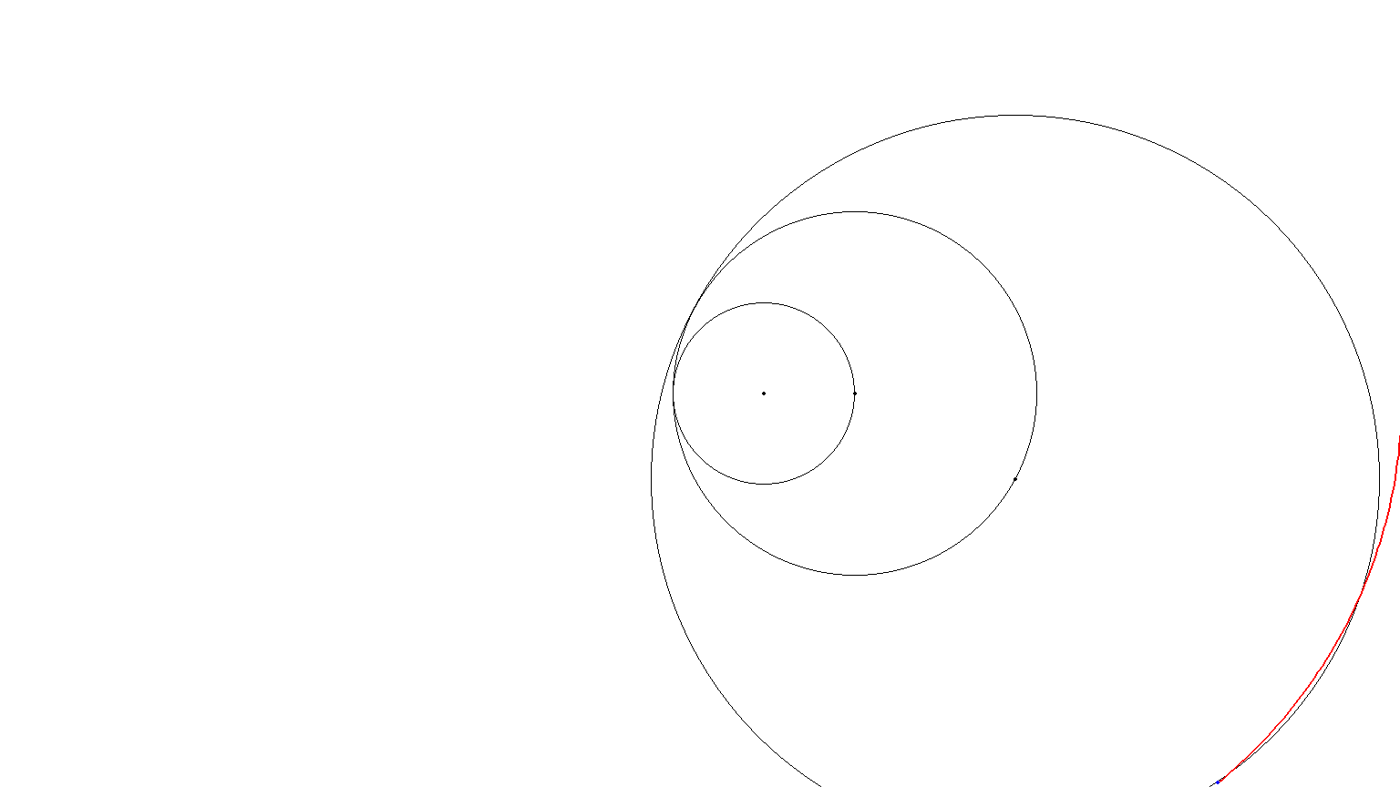
Repository: Liuuuv/animation_cercles
Script's output: python animation cercles.py
These files come from the project's save history. The script's output is drawn as it stood at one moment and after the next save; the edit follows.
Figures wider than 1,400 px are first shrunk to that width. The window is shown after at most 60 frames with no key pressed. Random numbers start from a fixed seed.

Above is the script's output before, as saved 2024-11-08 17:26:19.

### animation cercles.py
import pygame as py
import math
import random as rd
import time

py.init()



blanc=(255,255,255)
noir=(0,0,0)

rouge=(255,0,0)
vert=(0,255,0)
bleu=(0,0,255)

phi=0.5*(math.sqrt(5)+1)

class Cercle:
    def __init__(self,rayon,vitesse):
        self.vitesse=vitesse
        self.rayon=rayon
        self.pos=None
        self.angle=0

class Marqueur:
    def __init__(self):
        self.pos=[0,0]



class Affichage:
    def __init__(self,facteur):
        self.dimensions=(int(1920*facteur),int(1080*facteur))
        self.fenetre=py.display.set_mode(self.dimensions)
        self.centre=(self.dimensions[0]//2+70,self.dimensions[1]//2)
        self.nb_cercles=nb_cercles


        self.marqueur=Marqueur()

        self.dt=1/120

        self.liste_cercles=[]
        self.liste_rayons=[100,200,400]
        self.liste_points=[]

        self.nb_cercles=len(self.liste_rayons)

        self.initialiser_cercles()


    def creer_cercle(self,rayon,vitesse):
        cercle=Cercle(rayon,vitesse)
        self.liste_cercles.append(cercle)
        return cercle

    def initialiser_cercles(self):
        pos=[self.centre[0],self.centre[1]]
        for n in range(0,self.nb_cercles):
            cercle=self.creer_cercle(self.liste_rayons[n],n)
            cercle.pos=pos[:]
            pos[0]+=cercle.rayon

    def mettre_a_jour_cercles(self):
        for i in range(0,self.nb_cercles):
            # if i==0:
            #     continue
            if i!=0:
                self.liste_cercles[i].pos[0]=self.liste_cercles[i-1].pos[0]+self.liste_cercles[i-1].rayon*math.cos(self.liste_cercles[i-1].angle)
                self.liste_cercles[i].pos[1]=self.liste_cercles[i-1].pos[1]+self.liste_cercles[i-1].rayon*math.sin(self.liste_cercles[i-1].angle)

            self.liste_cercles[i].angle+=self.liste_cercles[i].vitesse*self.dt

    def mettre_a_jour_marqueur(self):

        self.marqueur.pos[0]=self.liste_cercles[-1].pos[0]+self.liste_cercles[-1].rayon*math.cos(self.liste_cercles[-1].angle)
        self.marqueur.pos[1]=self.liste_cercles[-1].pos[1]+self.liste_cercles[-1].rayon*math.sin(self.liste_cercles[-1].angle)

        self.liste_points.append(self.marqueur.pos[:])



    def dessiner(self):
        for i in range(len(self.liste_points)-1):
            py.draw.line(self.fenetre,rouge,self.liste_points[i],self.liste_points[i+1],2)

        py.draw.circle(self.fenetre,bleu,self.marqueur.pos,2)

    def dessiner_cercles(self):
        for cercle in self.liste_cercles:
            py.draw.circle(self.fenetre,noir,cercle.pos,2)
            py.draw.circle(self.fenetre,noir,cercle.pos,abs(cercle.rayon),1)

    def loop(self):
        horloge=py.time.Clock()

        police=py.font.Font(None, 36)

        # boucle de jeu
        continuer=True
        # time.sleep(0.3)
        while continuer:
            for event in py.event.get():
                if event.type==py.QUIT:
                    continuer=False
                if event.type==py.KEYDOWN:
                    if event.key==py.K_ESCAPE:
                        continuer=False
            horloge.tick(120)
            py.display.set_caption(str(round(horloge.get_fps(),1)))


            self.fenetre.fill(blanc)

            self.dessiner_cercles()
            self.dessiner()

            self.mettre_a_jour_cercles()
            self.mettre_a_jour_marqueur()



            # texte_surface1 = police.render("number of circles: "+str(nb_cercles-1),False,noir)
            # self.fenetre.blit(texte_surface1,(655,200))

            py.display.flip()

        py.quit()


nb_cercles=5




facteur=0.8

affichage=Affichage(facteur)
affichage.loop()

After the next save:
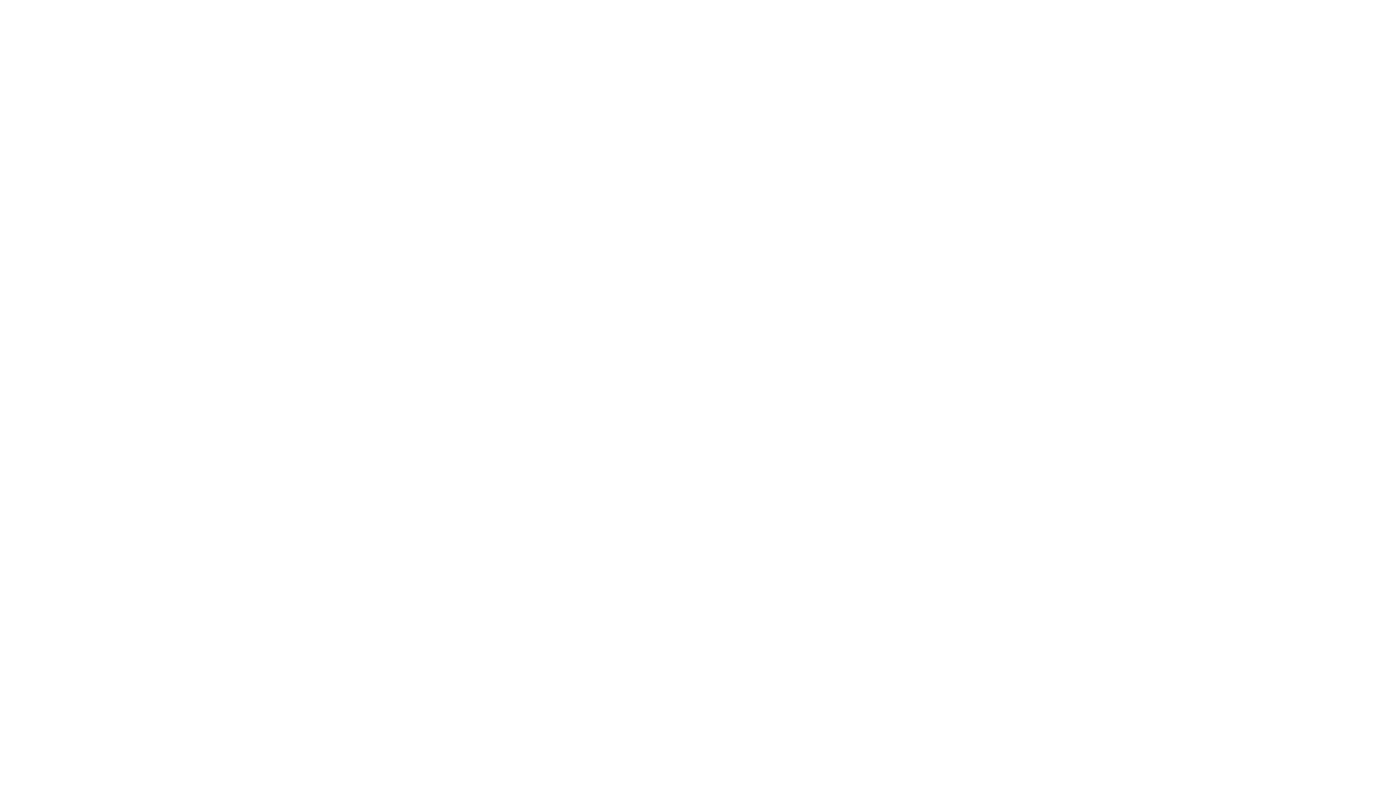
Saved 20 s later.
--- a/animation cercles.py
+++ b/animation cercles.py
@@ -66,7 +66,7 @@
         for i in range(0,self.nb_cercles):
             # if i==0:
             #     continue
-            if i!=0:
+            if i!=0 or True:
                 self.liste_cercles[i].pos[0]=self.liste_cercles[i-1].pos[0]+self.liste_cercles[i-1].rayon*math.cos(self.liste_cercles[i-1].angle)
                 self.liste_cercles[i].pos[1]=self.liste_cercles[i-1].pos[1]+self.liste_cercles[i-1].rayon*math.sin(self.liste_cercles[i-1].angle)
 

After the save that followed:
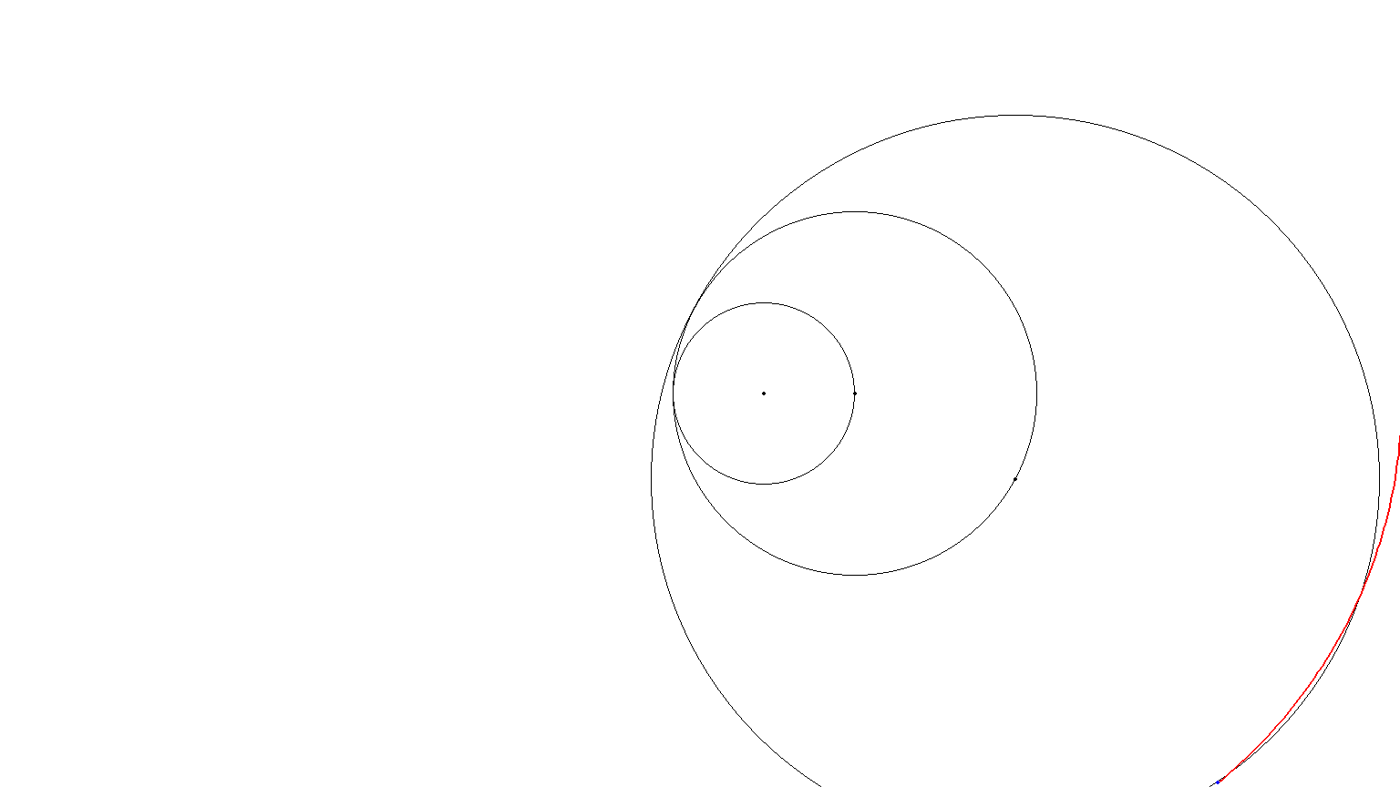
Saved 7 s later.
--- a/animation cercles.py
+++ b/animation cercles.py
@@ -66,7 +66,7 @@
         for i in range(0,self.nb_cercles):
             # if i==0:
             #     continue
-            if i!=0 or True:
+            if i!=0:
                 self.liste_cercles[i].pos[0]=self.liste_cercles[i-1].pos[0]+self.liste_cercles[i-1].rayon*math.cos(self.liste_cercles[i-1].angle)
                 self.liste_cercles[i].pos[1]=self.liste_cercles[i-1].pos[1]+self.liste_cercles[i-1].rayon*math.sin(self.liste_cercles[i-1].angle)
 
